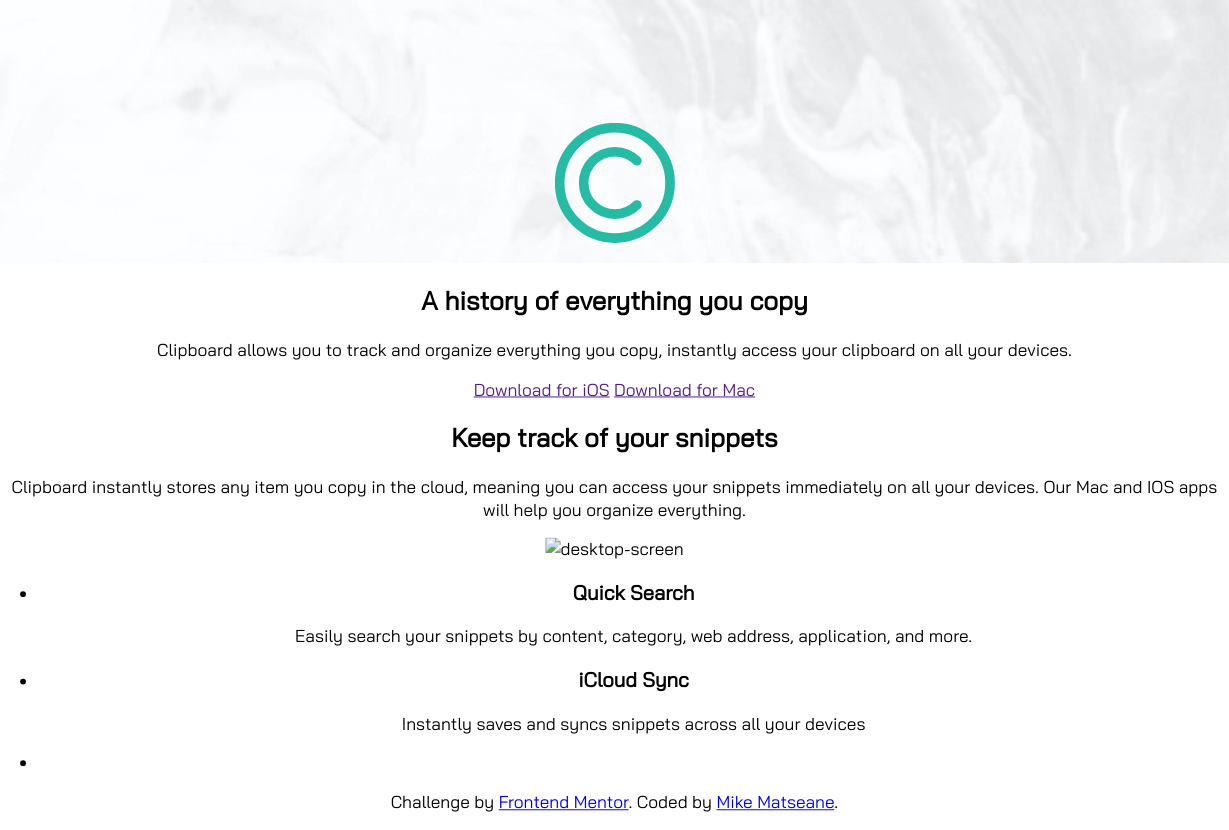
Repository: mikempho/Clipboard-landing-page
Page: index.html
An editor plug-in stored every save of this project. The page is shown before and after the next save, followed by the edit.
The browser window is 1280 px wide. The pictures show the whole page, at 96% of full size.

Above is the page before, as saved 2022-04-11 09:37:06.

After the next save:
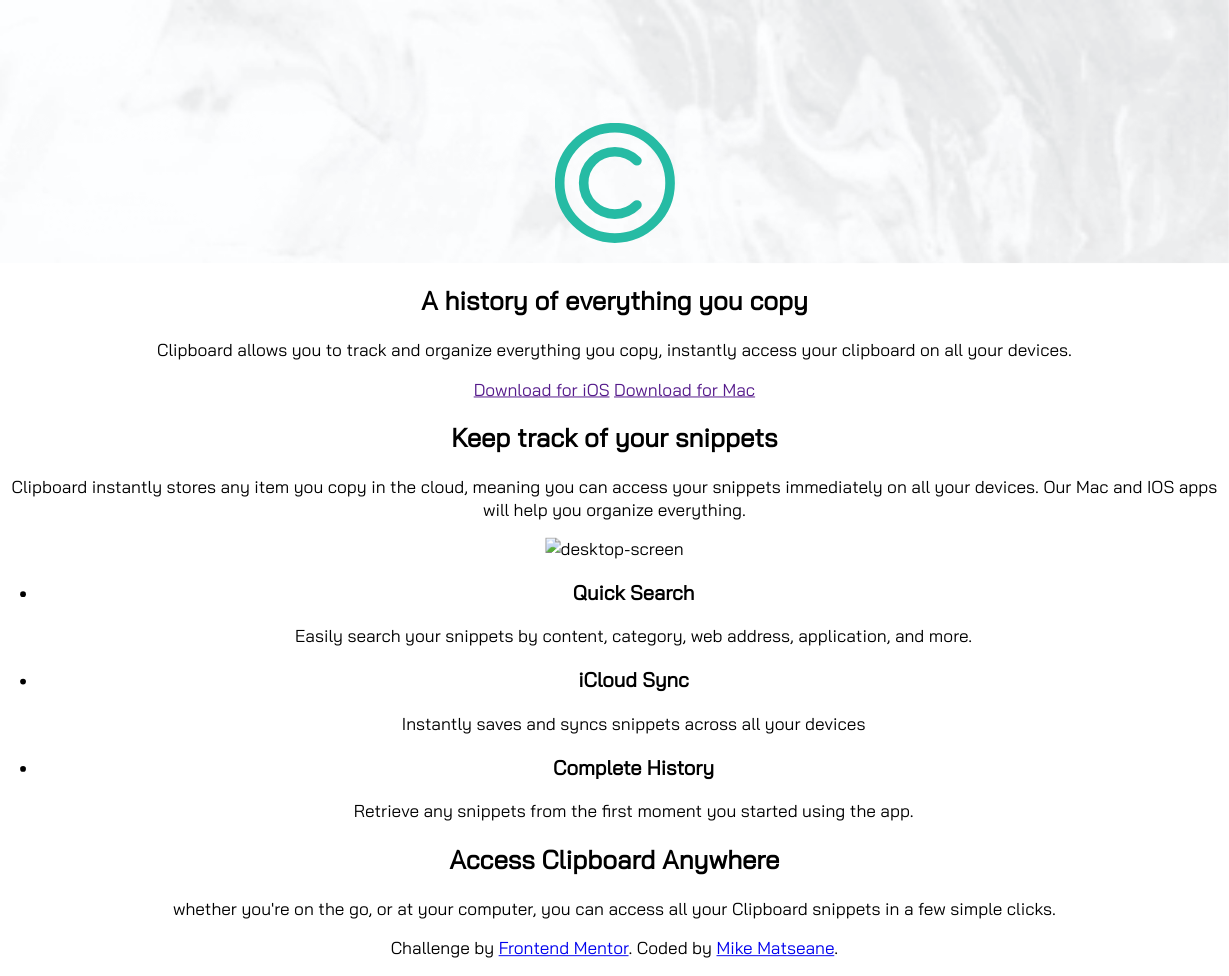
Saved 5 min 22 s later.
--- a/index.html
+++ b/index.html
@@ -37,9 +37,16 @@
               <h3>iCloud Sync</h3>
               <p>Instantly saves and syncs snippets across all your devices</p>
             </li>
-            <li></li>
+            <li>
+              <h3>Complete History</h3>
+              <p>Retrieve any snippets from the first moment you started using the app.</p>
+            </li>
           </ul>
         </div>
+      </section>
+      <section class="section-2">
+        <h2>Access Clipboard Anywhere</h2>
+        <p>whether you're on the go, or at your computer, you can access all your Clipboard snippets in a few simple clicks.</p>
       </section>
 
     </main>
